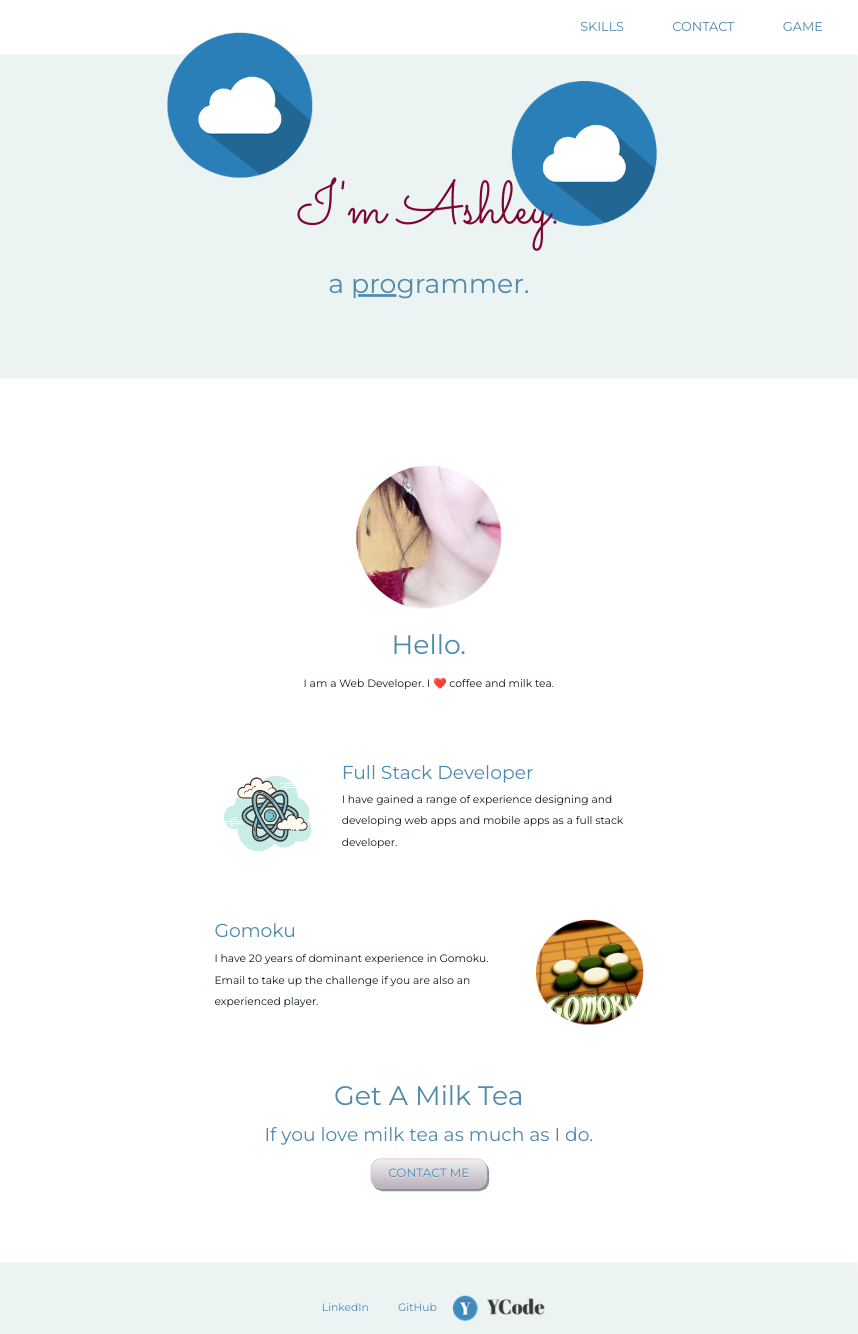
Repository: nosugarpls/YCode-my-website
Page: index.html
The author's editor kept a copy of each file at every save. The page is drawn from the files as they stood at one save, then again after the next save.
The browser window is 1280 px wide. The pictures show the whole page, at 67% of full size.

Above is the page before, as saved 2020-09-25 10:15:27.

### index.html
<!DOCTYPE html>
<html>
<head>
  <meta charset="utf-8">
  <title>Ashley(Yu) Shi</title>


  <!-- CSS Stylesheets -->
  <link rel="stylesheet" href="https://stackpath.bootstrapcdn.com/bootstrap/4.5.2/css/bootstrap.min.css" integrity="sha384-JcKb8q3iqJ61gNV9KGb8thSsNjpSL0n8PARn9HuZOnIxN0hoP+VmmDGMN5t9UJ0Z" crossorigin="anonymous">
  <link rel="stylesheet" href="css/styles.css">
  <link href="https://fonts.googleapis.com/css?family=Merriweather|Montserrat|Sacramento" rel="stylesheet">
  <link rel="icon" href="images/YLogo.png">


  <!-- Bootstrap Scripts -->
  <script src="https://code.jquery.com/jquery-3.5.1.slim.min.js" integrity="sha384-DfXdz2htPH0lsSSs5nCTpuj/zy4C+OGpamoFVy38MVBnE+IbbVYUew+OrCXaRkfj" crossorigin="anonymous"></script>
  <script src="https://cdn.jsdelivr.net/npm/popper.js@1.16.1/dist/umd/popper.min.js" integrity="sha384-9/reFTGAW83EW2RDu2S0VKaIzap3H66lZH81PoYlFhbGU+6BZp6G7niu735Sk7lN" crossorigin="anonymous"></script>
  <script src="https://stackpath.bootstrapcdn.com/bootstrap/4.5.2/js/bootstrap.min.js" integrity="sha384-B4gt1jrGC7Jh4AgTPSdUtOBvfO8shuf57BaghqFfPlYxofvL8/KUEfYiJOMMV+rV" crossorigin="anonymous"></script>
</head>

<body>

  <!-- Nav Bar -->
  <nav class="navbar navbar-expand-lg navbar-light">
    <button class="navbar-toggler" type="button" data-toggle="collapse" data-target="#navbarToggler">
        <span class="navbar-toggler-icon"></span>
    </button>

    <div class="collapse navbar-collapse" id="navbarToggler">
      <ul class="navbar-nav ml-auto">
        <li class="nav-item">
          <a class="nav-link" href="#skills">SKILLS</a>
        </li>
        <li class="nav-item">
          <a class="nav-link" href="#contact">CONTACT</a>
        </li>
        <li class="nav-item">
          <a class="nav-link" href="piano.html">GAME</a>
        </li>
      </ul>
    </div>
  </nav>


  <div class="top-container">
    <img class="top-cloud" src="images/cloud.png" alt="cloud">
    <div class="title-text">
      <h1 class="big-title">I'm Ashley.</h1>
      <h2>a <span class="pro">pro</span>grammer.</h2>
    </div>
    <img class="bottom-cloud" src="images/cloud.png" alt="cloud">
  </div>

  <div class="middle-container">
    <div class="profile">
      <img class="avatar" src="images/ashely.png" alt="ashley-profile-img">
      <h2>Hello.</h2>
      <p class="intro">I am a Web Developer. I ❤️ coffee and milk tea.</p>
    </div>

    <div class="skills" id="skills">
      <div class="skill-row">
        <img class="react-img" src="images/react.png" alt="react-img">
        <h3>Full Stack Developer</h3>
        <p>I have gained a range of experience designing and developing web apps and mobile apps as a full stack developer.</p>
      </div>
      <div class="skill-row">
        <img class="game-img" src="images/game.png" alt="game-img">
        <h3>Gomoku</h3>
        <p>I have 20 years of dominant experience in Gomoku. Email to take up the challenge if you are also an experienced player.</p>
      </div>

    </div>

    <div class="contact-me" id="contact">
      <h2>Get A Milk Tea</h2>
      <h3>If you love milk tea as much as I do.</h3>
      <a class="btn" href="mailto:coloraworld@gmail.com">CONTACT ME</a>
    </div>
  </div>


  <div class="bottom-container">
    <a href="https://www.linkedin.com/in/yu-ashley-shi-328239197/">LinkedIn</a>
    <a href="https://github.com/nosugarpls">GitHub</a>
    <img src="images/logo.png" alt="img">
  </div>
</body>
</html>

### css/styles.css
body {
  color: #40514E;
  margin: 0;
  text-align: center;
  font-family: 'Merriweather', serif;
}

h1 {
  color: #7d0633;
  font-size: 5.625rem;
  margin: 50px auto 0 auto;
  font-family: 'Sacramento', cursive;
  z-index: 1;
  position: relative;
}

h2 {
  color: #4e89ae;
  font-family: 'Montserrat', sans-serif;
  font-size: 2.5rem;
  font-weight: normal;
  padding-bottom: 10px;
}

h3 {
  color: #4e89ae;
  font-family: 'Montserrat', sans-serif;
}

p {
  line-height: 2;
  color: #0f1e27;
  font-family: 'Montserrat', sans-serif;
}

a {
  color: #4e89ae;
  font-family: 'Montserrat', sans-serif;
  margin: 10px 20px;
  text-decoration: none;
}

.big-title {
  padding-top: 30px;
  padding-bottom: 30px;
}

.avatar {
  padding-top: 30px;
  padding-bottom: 30px;
}


.top-container {
  background-color: #ecf4f3;
  position: relative;
  padding-top: 100px;
  padding-bottom: 100px;
}

.middle-container {
  margin: 100px 0;
}

.bottom-container {
  background-color: #ecf4f3;
  padding: 50px 0 20px;
}

.skill-row {
  width: 50%;
  margin: 100px auto 100px auto;
  text-align: left;
}

.pro {
  text-decoration: underline;
}

.intro {
  width: 30%;
  margin: auto;
  color: #0f1e27;
  font-family: 'Montserrat', sans-serif;
}

.contact-message {
  width: 40%;
  margin: 40px auto 60px;
}

.top-cloud {
  position: absolute;
  right: 300px;
  top: 40px;
}

.bottom-cloud {
  position: absolute;
  left: 250px;
  bottom: 300px;
}

.react-img {
  width: 25%;
  float: left;
  margin-right: 30px;
}

.game-img {
  width: 25%;
  float: right;
  margin-left: 30px;
}

.btn {
	box-shadow: 3px 4px 0px 0px #899599;
	background:linear-gradient(to bottom, #ededed 5%, #bab1ba 100%);
	background-color:#ededed;
	border-radius:15px;
	border:1px solid #d6bcd6;
	display:inline-block;
	cursor:pointer;
	color:#4e89ae;
  font-family: 'Montserrat', sans-serif;
	font-size:18px;
	padding:8px 25px;
	text-decoration:none;
	text-shadow:0px 1px 0px #e1e2ed;
}

.btn:hover {
	background:linear-gradient(to bottom, #bab1ba 5%, #ededed 100%);
	background-color:#bab1ba;
}

.btn:active {
	position:relative;
	top:1px;
}

/* Navigation Bar */

.nav-item {
  padding: 0 8px;
}

.nav-link {
  font-size: 1.2rem;
  font-family: 'Montserrat', sans-serif;
  color: #4e89ae !important;
  z-index: 2;
  position:relative;
}

After the next save:
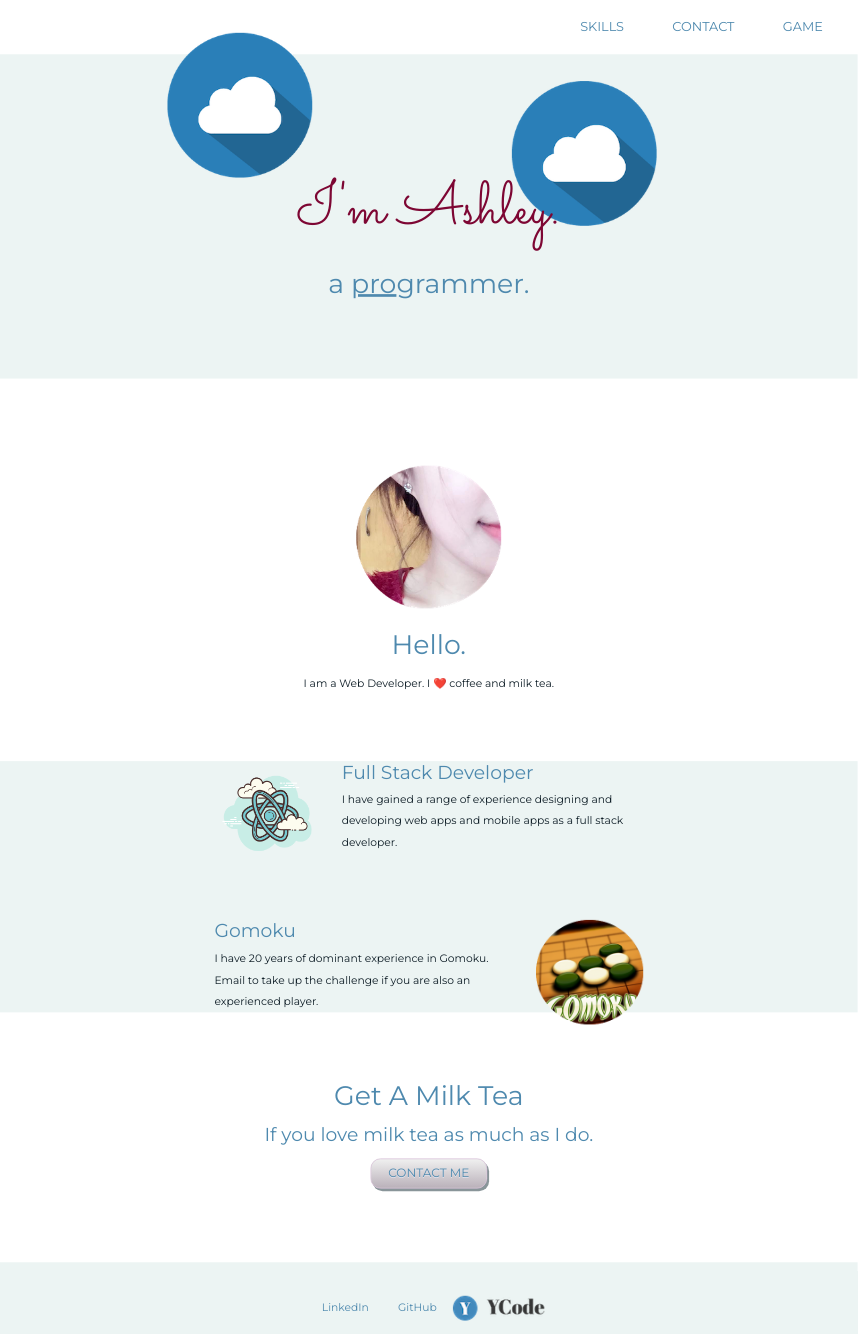
Saved 31 s later.
--- a/css/styles.css
+++ b/css/styles.css
@@ -50,6 +50,11 @@ a {
   padding-bottom: 30px;
 }
 
+.skills {
+  background-color: #ecf4f3;
+
+}
+
 
 .top-container {
   background-color: #ecf4f3;
@@ -57,6 +62,7 @@ a {
   padding-top: 100px;
   padding-bottom: 100px;
 }
+
 
 .middle-container {
   margin: 100px 0;
